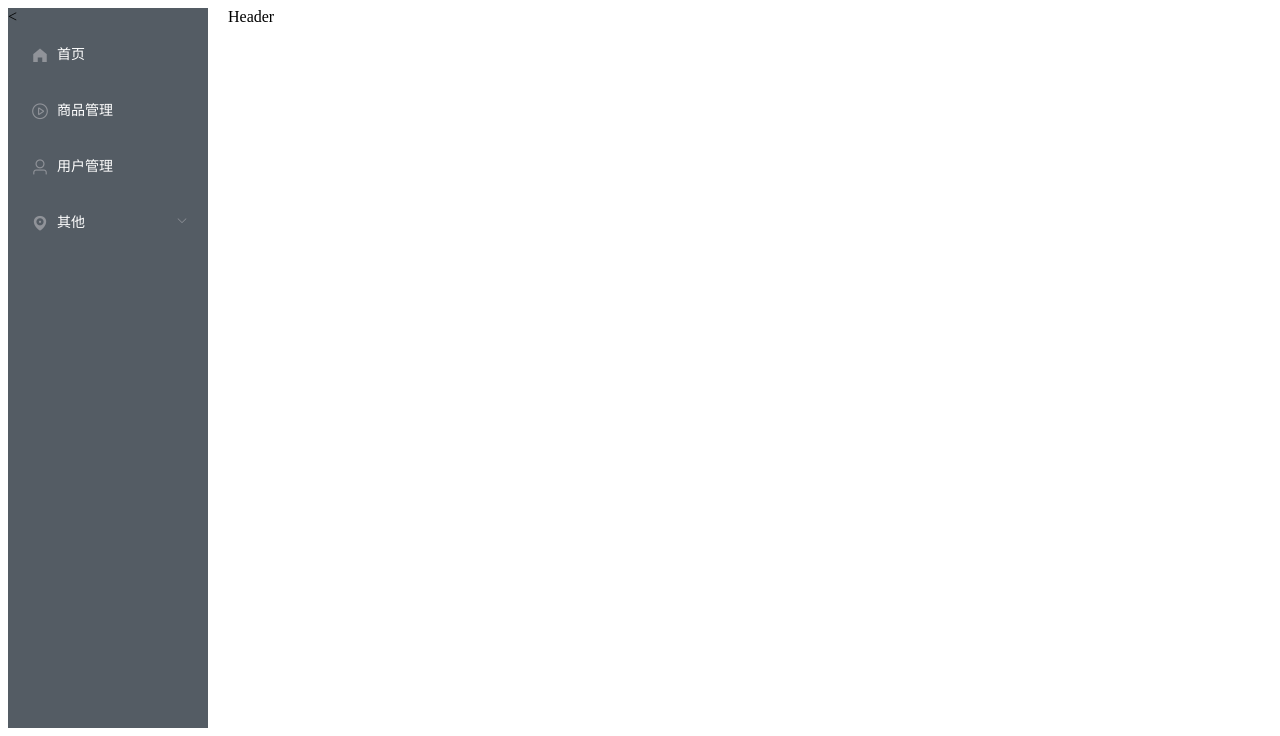
Repository: Francis200214/my-app
Page: /
An editor plug-in stored every save of this project. The page is shown before and after the next save, followed by the edit.
The browser window is 1280 px wide. The pictures show the whole page.
The project was rebuilt for these pictures with package versions that can differ from the ones it lists, and the page was loaded fresh each time. Also part of the build but not shown: vue.config.js, src/views/Home.vue, src/views/User.vue.

Above is the page before, as saved 2023-05-20 16:28:50.

### src/main.js
import Vue from 'vue'
import App from './App.vue'
import ElementUI from 'element-ui';
import 'element-ui/lib/theme-chalk/index.css';
import router from './router'


Vue.config.productionTip = false

// 全局引入Element UI
Vue.use(ElementUI);


// 按需引入Element UI
// Vue.use(Row);
// Vue.use(Button);


new Vue({
  router,
  render: h => h(App),
}).$mount('#app')

### src/App.vue
<template>
  <div id="app">
    <router-view></router-view>
  </div>
</template>

<script>

export default {
  name: 'App'
}
</script>

### src/router/index.js
import Vue from 'vue'
import VueRouter from 'vue-router'

// 1、引入组件
import Main from '../views/Main.vue'
import Home from '../views/Home.vue'
import User from '../views/User.vue'

// 引入Vue-Router
Vue.use(VueRouter);

// 2、路由与组件映射
const routes = [
    {
        path: '/',
        component: Main,
        children: [
            { path: '/home', component: Home },
            { path: '/user', component: User }
        ]
    }

]

// 3、创建Router实例
const router = new VueRouter({
    routes // (缩写) 相当于 routes: routes
})

// 4、将 router 暴露
export default router

### src/views/Main.vue
<template>
    <div>
        <el-container>
        <el-aside width="200px">
            <common-aside/>
        </el-aside>
        <el-container>
            <el-header>Header</el-header>
            <el-main>
                <router-view></router-view>
            </el-main>
        </el-container>
        </el-container>
    </div>
</template>
<script>
import CommonAside from '../components/CommonAside.vue'

export default {
    data() {
        return {}
    },
    components: {
        CommonAside
    }
}
</script>

### src/components/CommonAside.vue
<template>
    <div>
        <el-menu default-active="1-4-1" class="el-menu-vertical-demo" @open="handleOpen" @close="handleClose"
            :collapse="isCollapse" background-color="#545c64" text-color="#fff" active-text-color="#ffd04b">

            <

            <el-menu-item v-for="item in noChildren" :key="item.name" :index="item.name">
                <i :class="`el-icon-${item.icon}`"></i>
                <span slot="title">{{ item.label }}</span>
            </el-menu-item>

            <el-submenu v-for="item in hasChildren" :key="item.label" :index="item.label">
                <template slot="title">
                    <i :class="`el-icon-${item.icon}`"></i>
                    <span slot="title">{{ item.label }}</span>
                </template>
                <el-menu-item-group v-for="subItem in item.children" :key="subItem.path">
                    <el-menu-item :index="subItem.path">{{ subItem.label }}</el-menu-item>
                </el-menu-item-group>

            </el-submenu>
        </el-menu>
    </div>
</template>

<style>
.el-menu-vertical-demo:not(.el-menu--collapse) {
    width: 200px;
    min-height: 400px;
}

.el-menu {
    height: 100vh;
}
</style>

<script>
export default {
    data() {
        return {
            isCollapse: false,
            menuData: [
                {
                    path: '/',
                    name: 'home',
                    label: '首页',
                    icon: 's-home',
                    url: 'Home/Home'
                },
                {
                    path: '/mall',
                    name: 'mall',
                    label: '商品管理',
                    icon: 'video-play',
                    url: 'MallManage/MallManage'
                },
                {
                    path: '/user',
                    name: 'user',
                    label: '用户管理',
                    icon: 'user',
                    url: 'UserManage/UserManage'
                },
                {
                    label: '其他',
                    icon: 'location',
                    children: [
                        {
                            path: '/page1',
                            name: 'page1',
                            label: '页面1',
                            icon: 'setting',
                            url: 'Other/PageOne'
                        },
                        {
                            path: '/page2',
                            name: 'page2',
                            label: '页面2',
                            icon: 'setting',
                            url: 'Other/PageTwo'
                        }
                    ]
                }
            ]
        };
    },
    methods: {
        handleOpen(key, keyPath) {
            console.log(key, keyPath);
        },
        handleClose(key, keyPath) {
            console.log(key, keyPath);
        }
    },
    computed: {
        // 没有子菜单
        noChildren() {
            return this.menuData.filter(item => !item.children)
        },
        // 有子菜单
        hasChildren() {
            return this.menuData.filter(item => item.children)
        }
    }
}
</script>

Loaded but not shown: public/index.html (common file)

After the next save:
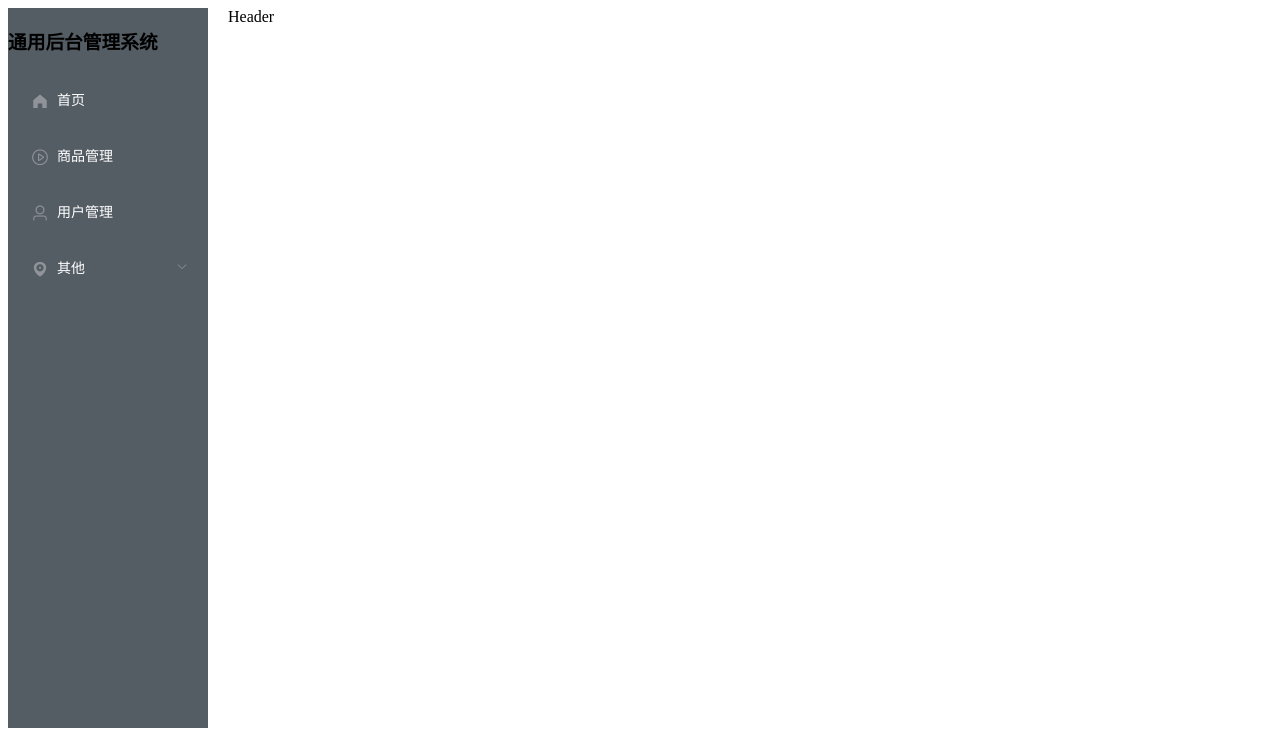
Saved 8 s later.
--- a/src/components/CommonAside.vue
+++ b/src/components/CommonAside.vue
@@ -3,7 +3,7 @@
         <el-menu default-active="1-4-1" class="el-menu-vertical-demo" @open="handleOpen" @close="handleClose"
             :collapse="isCollapse" background-color="#545c64" text-color="#fff" active-text-color="#ffd04b">
 
-            <
+            <h3>通用后台管理系统</h3>
 
             <el-menu-item v-for="item in noChildren" :key="item.name" :index="item.name">
                 <i :class="`el-icon-${item.icon}`"></i>
